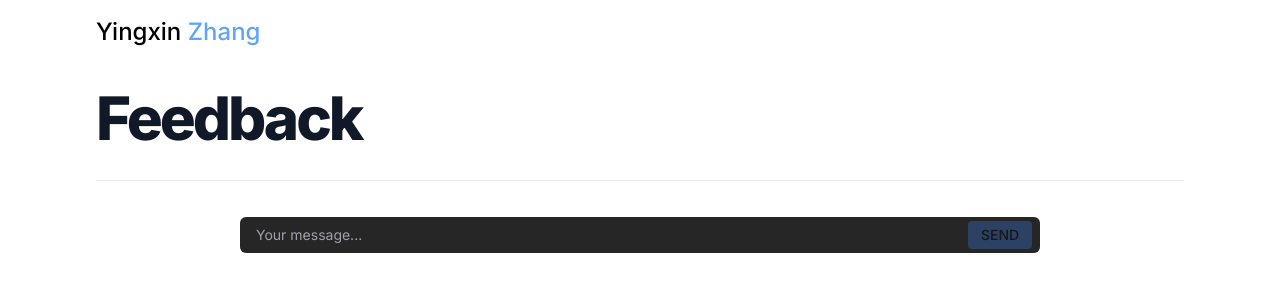
Repository: Tracy-maker/projects_collection
Page: /feedback
The author's editor kept a copy of each file at every save. The page is drawn from the files as they stood at one save, then again after the next save.
The browser window is 1280 px wide. The pictures show the whole page.
The project was rebuilt for these pictures with package versions that can differ from the ones it lists, and the page was loaded fresh each time. The framework's server and built-in components were replaced by stand-ins that run in the browser. Also part of the build but not shown: next.config.js.

Above is the page before, as saved 2023-09-16 21:40:06.

### app/layout.tsx
import "./globals.css";
import type { Metadata } from "next";
import { Inter } from "next/font/google";
import Navbar from "./components/NavBar";
import { Provider } from "./components/Provider";

const inter = Inter({ subsets: ["latin"] });

export const metadata: Metadata = {
  title: "Create Next App",
  description: "Generated by create next app",
};

export default function RootLayout({
  children,
}: {
  children: React.ReactNode;
}) {
  return (
    <html lang="en" suppressHydrationWarning>
      <body
        className={`${inter.className} bg-white text-black dark:bg-[#090908] dark:text-white h-full selection:bg-gray-500 dark:selection:bg-gray-800`}
      >
        <Provider>
          <Navbar />
          <main className="max-w-6xl mx-auto px-6 sm:px-8 lg:px-8">
            {children}
          </main>
        </Provider>
      </body>
    </html>
  );
}

### app/feedback/page.tsx
import Form from "../components/Form";

export default function feedback() {
  return (
    <div className="divide-y divide-gray-200 dark:divide-gray-700">
      <div className="space-y-2 pt-6 pb-8 md:space-y-5">
        <h1 className="text-3xl font-extrabold leading-9 tracking-tighter text-gray-900 dark:text-gray-100 sm:text-4xl sm:leading-10 md:text-6xl md:leading-14">
          Feedback
        </h1>
      </div>
      <div className="w-full">
        <div className="max-w-[800px] mx-auto mt-8">
          <Form />
        </div>
      </div>
    </div>
  );
}

### app/components/NavBar.tsx
"use client";

import Link from "next/link";
import { usePathname } from "next/navigation";

export default function Navbar() {
  let pathname = usePathname() || "/";
  return (
    <div className="max-w-6xl mx-auto px-4 sm:px-6 lg:px-8">
      <div className="flex justify-between h-16">
        <div className="flex justify-between w-full">
          <div className="flex items-center">
            <Link href="/">
              <h1 className="text-2xl font-medium">
                Yingxin <span className="text-blue-400">Zhang</span>
              </h1>
            </Link>
          </div>

          <div className="hidden sm:ml-6 sm:flex sm:space-x-8 sm:items-center">
            <Link
              href="/"
              prefetch
              className={`${
                pathname === "/"
                  ? "border-blue-400 dark:text-white h-full inline-flex items-center px-1 pt-1 border-b-2 text-sm font-medium"
                  : "border-transparent text-gray-500 dark:text-gray-300 dark:hover:text-white inline-flex items-center px-1 pt-1 border-b-2 text-sm font-medium"
              }`}
            ></Link>
          </div>
        </div>
      </div>
    </div>
  );
}

### app/components/Provider.tsx
"use client";

import { ThemeProvider } from "next-themes";
import { ReactNode } from "react";

export function Provider({ children }: { children: ReactNode }) {
  return <ThemeProvider>{children}</ThemeProvider>;
}

### app/components/Form.tsx
export default function Form() {
  return (
    <form className="relative flex items-center text-sm mb-5">
      <input
        type="text"
        placeholder="Your message..."
        name="entry"
        required
        className="pl-4 pr-32 py-2 mt-1 focus:ring-blue-500 focus:border-blue-500 block w-full border-neutral-300 rounded-md bg-gray-100 dark: bg-neutral-800 text-neutral-900 dark:text-neutral-100"
      />
      <button
        type="submit"
        className="flex items-center justify-center absolute right-2 mt-1 font-medium h-7 bg-blue-500/30 text-neutral-900 dark:text-neutral-100 rounded w-16"
      >
        SEND
      </button>
    </form>
  );
}

### tailwind.config.ts
import type { Config } from "tailwindcss";

const config: Config = {
  content: [
    "./pages/**/*.{js,ts,jsx,tsx,mdx}",
    "./components/**/*.{js,ts,jsx,tsx,mdx}",
    "./app/**/*.{js,ts,jsx,tsx,mdx}",
  ],
  darkMode: "class",
  theme: {
    extend: {
      backgroundImage: {
        "gradient-radial": "radial-gradient(var(--tw-gradient-stops))",
        "gradient-conic":
          "conic-gradient(from 180deg at 50% 50%, var(--tw-gradient-stops))",
      },
    },
  },
  plugins: [],
};
export default config;

Loaded but not shown: app/globals.css (common file)

After the next save:
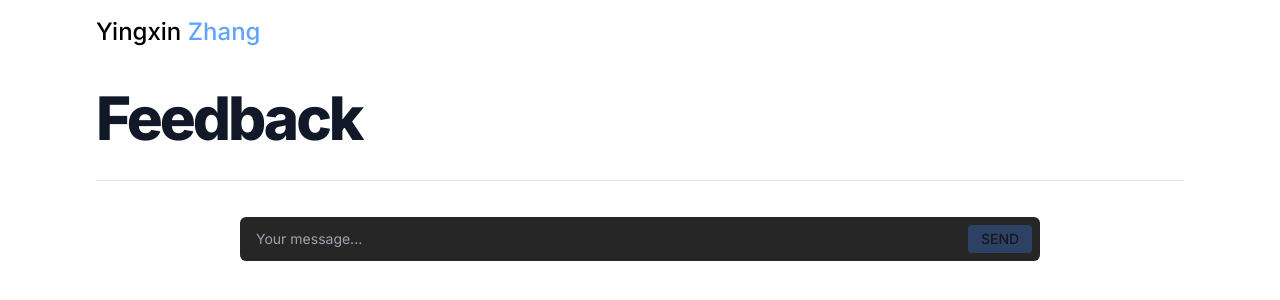
Saved 21 s later.
--- a/app/components/Form.tsx
+++ b/app/components/Form.tsx
@@ -6,7 +6,7 @@ export default function Form() {
         placeholder="Your message..."
         name="entry"
         required
-        className="pl-4 pr-32 py-2 mt-1 focus:ring-blue-500 focus:border-blue-500 block w-full border-neutral-300 rounded-md bg-gray-100 dark: bg-neutral-800 text-neutral-900 dark:text-neutral-100"
+        className="pl-4 pr-32 py-3 mt-1 focus:ring-blue-500 focus:border-blue-500 block w-full border-neutral-300 rounded-md bg-gray-100 dark: bg-neutral-800 text-neutral-900 dark:text-neutral-100"
       />
       <button
         type="submit"
